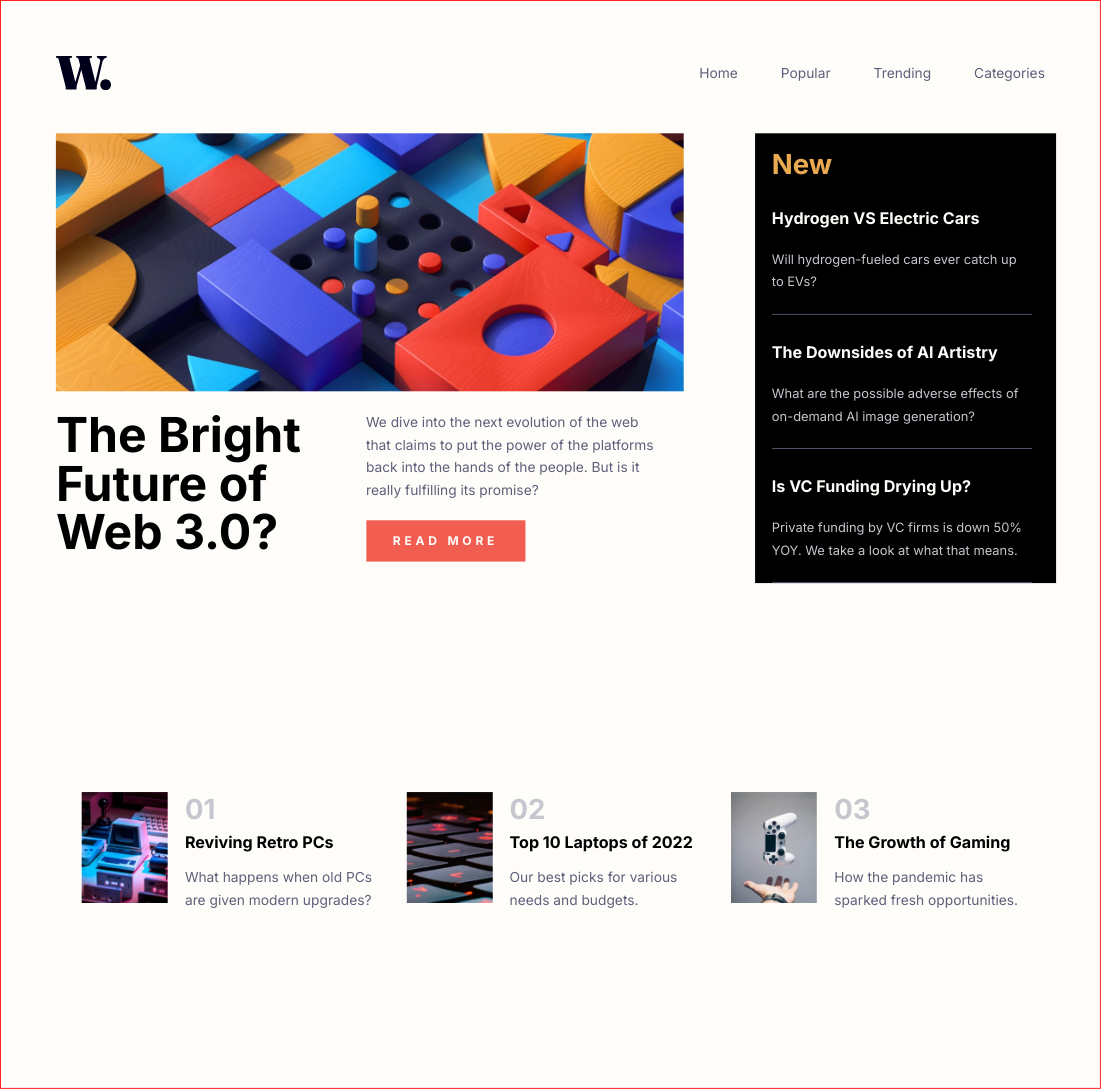
Repository: Arkitecth/news-webpage
Page: index.html
The author's editor kept a copy of each file at every save. The page is drawn from the files as they stood at one save, then again after the next save.
The browser window is 1280 px wide. The pictures show the whole page, at 86% of full size.

Above is the page before, as saved 2023-06-07 21:13:19.

After the next save:
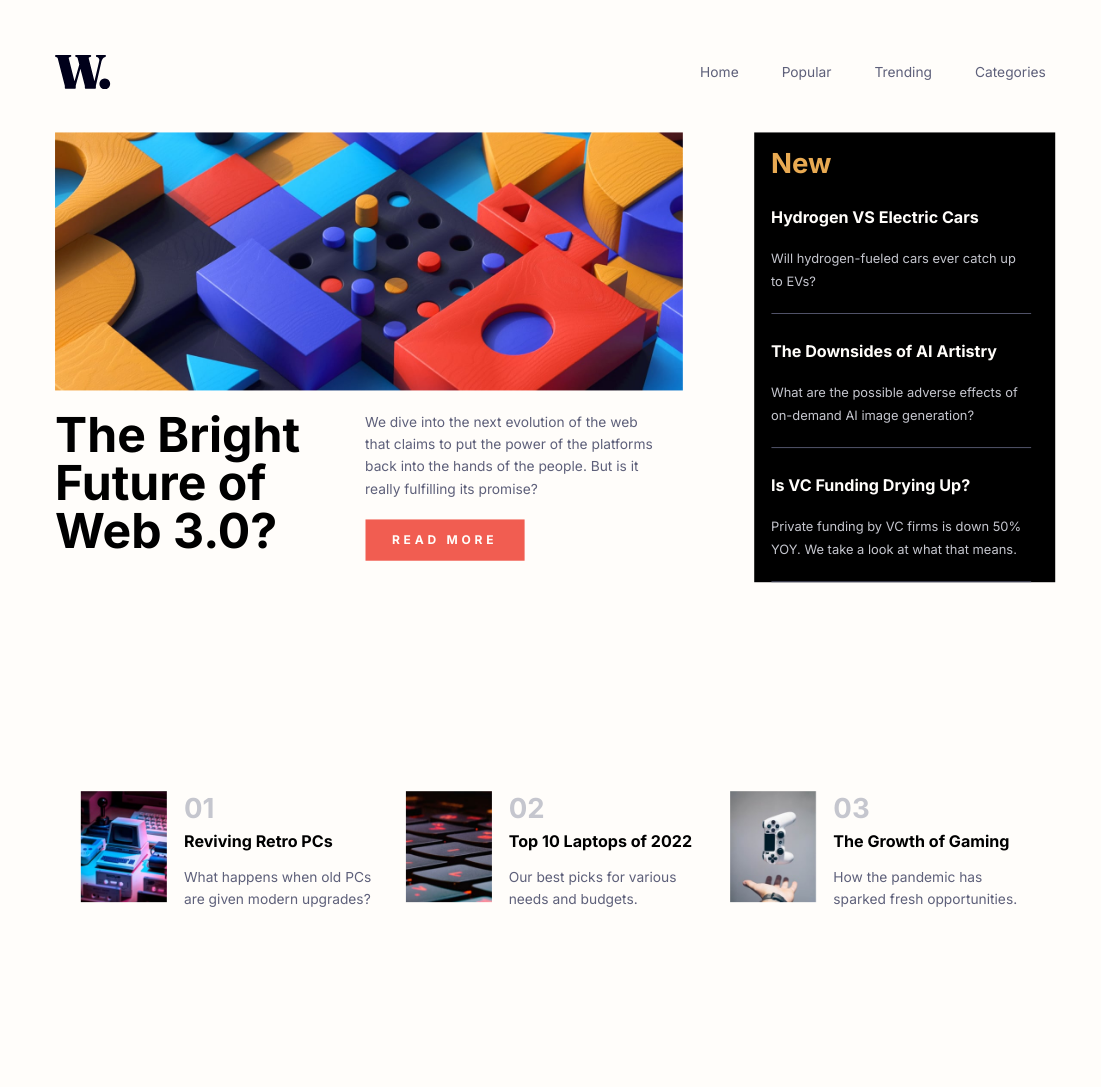
Saved 8 s later.
--- a/style.css
+++ b/style.css
@@ -50,8 +50,6 @@
     max-width: 1300px;
     margin: auto;
     padding: 4rem 4rem;
-    overflow: hidden;
-    border: 1px solid red;
 }
 
 .icon-menu {
